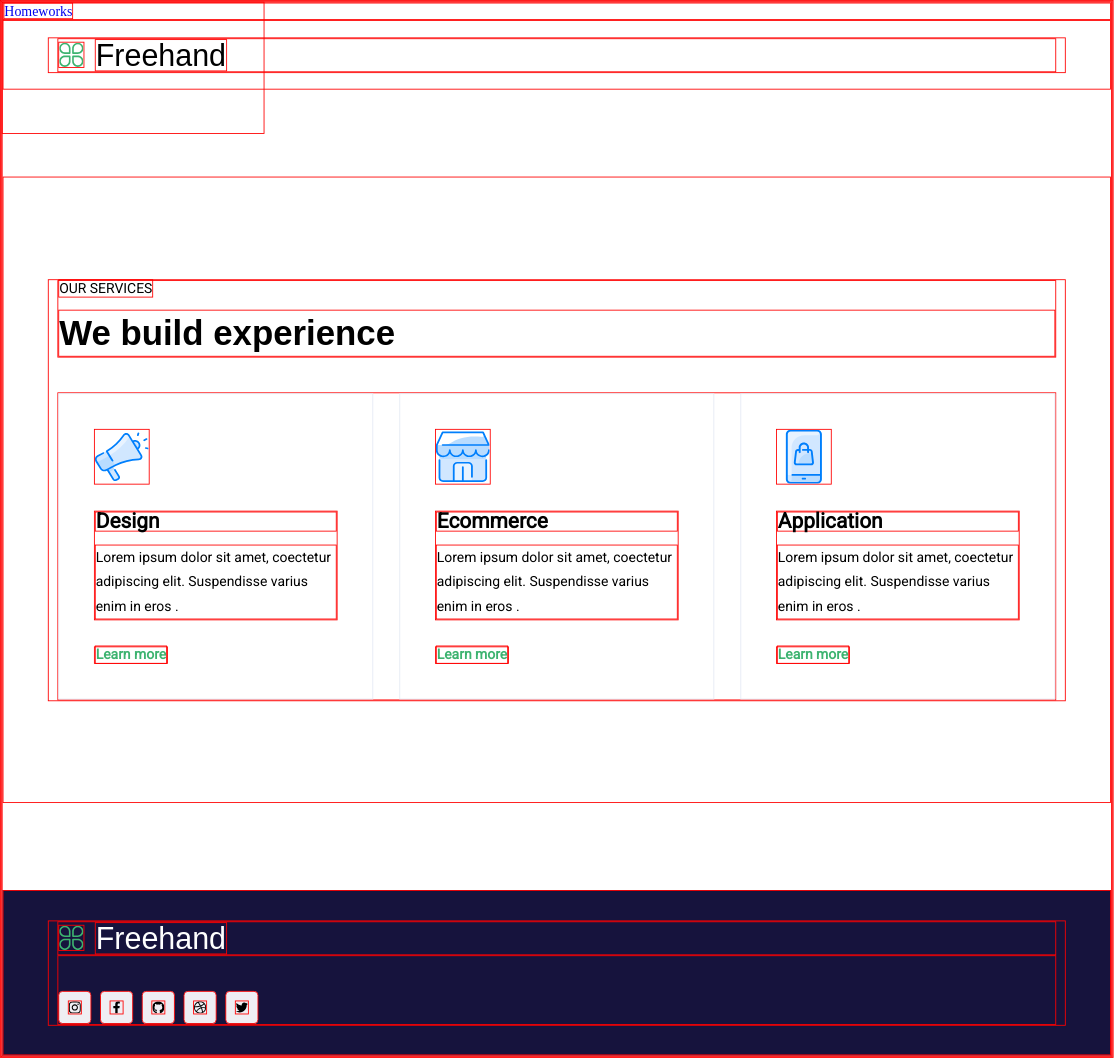
Repository: Tsiniavska/beetroot-test-project
Page: Homeworks/svg/index.html
These files come from the project's save history. The page is drawn as it stood at one moment and after the next save; the edit follows.
The browser window is 1280 px wide. The pictures show the whole page, at 87% of full size.
Some web fonts or font styles are not loaded; a fallback is used.

Above is the page before, as saved 2024-02-28 23:01:23.

After the next save:
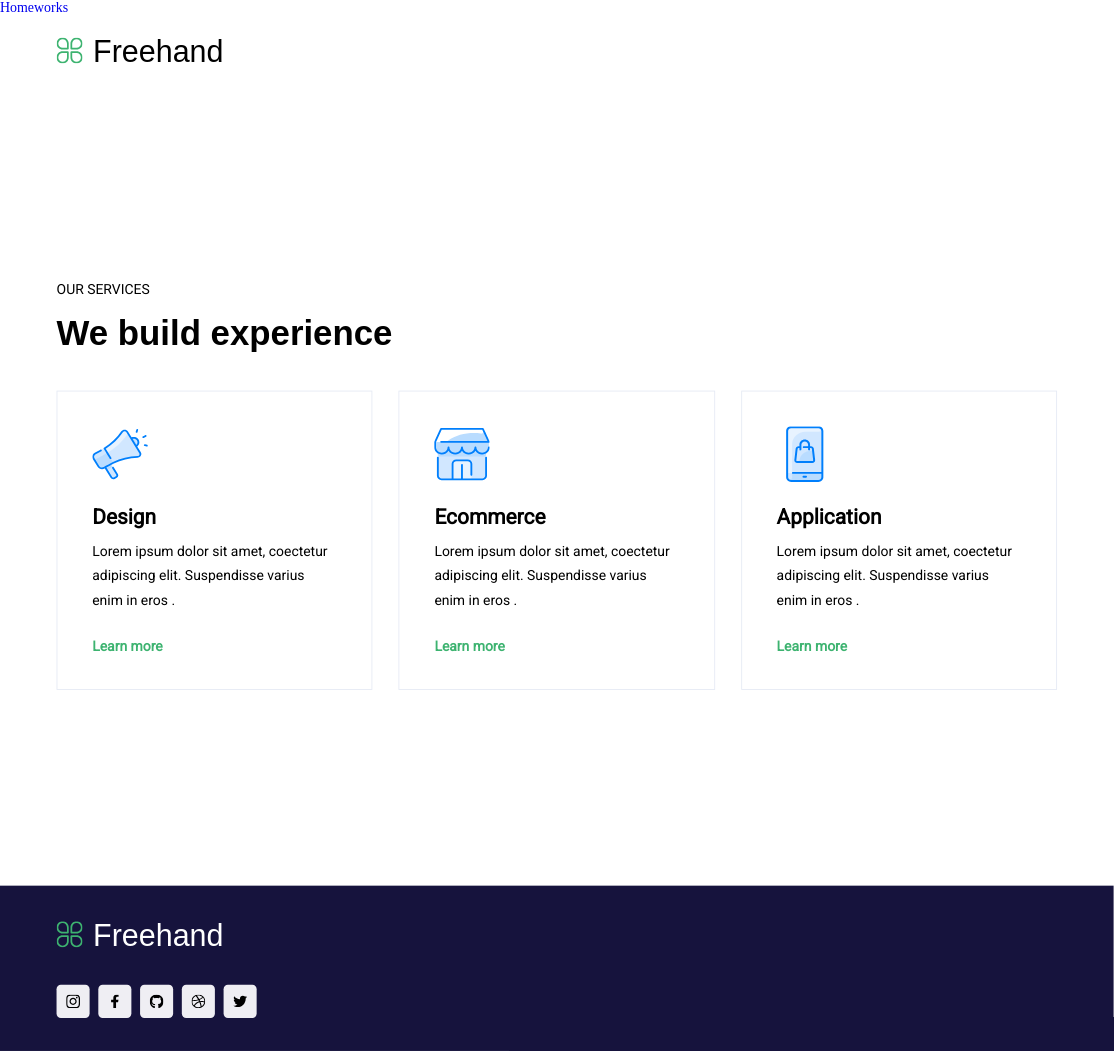
Saved 11 s later.
--- a/styles/main.css
+++ b/styles/main.css
@@ -1,7 +1,7 @@
 /* Global */
 * {
   /* TODO removed */
-  border: 1px solid red;
+  /* border: 1px solid red; */
   box-sizing: border-box;
   padding: 0;
   margin: 0;
